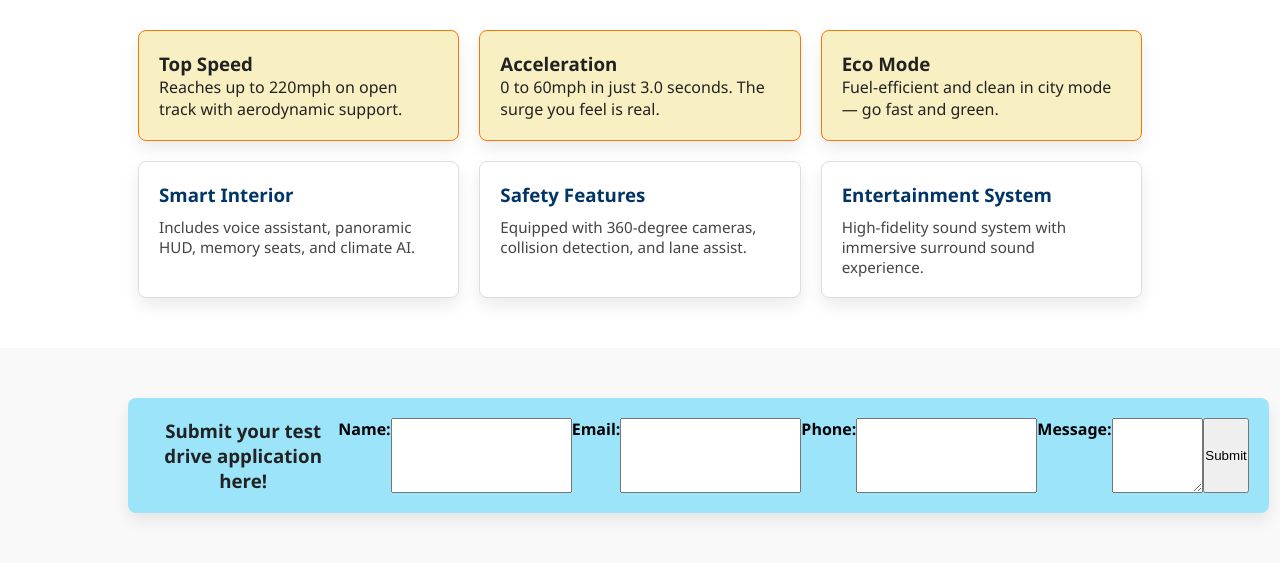
Repository: JiaheSu22/vrooom-responsive-main
Page: index.html
These files come from the project's save history. The page is drawn as it stood at one moment and after the next save; the edit follows.
The browser window is 1280 px wide. The pictures show the part of the page from y = 740 to 1353 px (the page is 1303 px tall before and 1353 px after).
A picture or video elsewhere on the page could not be fetched, so the positions and the page height are approximate.

Above is the page before, as saved 2025-04-11 14:36:35.

### index.html
<!DOCTYPE html>
<html lang="en">

<head>
  <meta charset="UTF-8">
  <title>Vrooom — Barracuda X10</title>
  <style>
    * {
      box-sizing: border-box;
      margin: 0;
      padding: 0;
    }

    body {
      font-family: 'Segoe UI', sans-serif;
      background-color: #f9f9f9;
      color: #222;
    }

    /* HERO SECTION */
    .hero {
      position: relative;
      height: 100vh;
      width: 100%;
      background-image: url('assets/mercedes-vision-avtr.webp');
      background-repeat: no-repeat;
      background-size: cover;
      background-position: center;
      overflow: hidden;
    }

    /* Optional dark overlay for unifying text+video contrast */
    .hero::before {
      content: "";
      position: absolute;
      inset: 0;
      background: linear-gradient(to right, rgba(0, 0, 0, 0.7), rgba(0, 0, 0, 0.1));
      z-index: 0;
    }

    /* Logo - slightly rotated, floating */
    .hero-logo {
      position: absolute;
      left: 2px;
      width: 30%;
      transform: rotate(-8deg);
      z-index: 0;
    }

    .hero-logo img {
      width: 100%;
    }

    /* Rotated text box */
    .hero-text {
      position: absolute;
      bottom: 3%;
      left: 5%;
      background: rgba(255, 255, 255, 0.1);
      padding: 30px;
      border-left: 6px solid #f6e3b4;
      border-radius: 10px;
      backdrop-filter: blur(1px);
      z-index: 0;

    }

    .hero-text h1 {
      font-size: 3em;
      color: #a0fcf7;
      margin-bottom: 10px;
    }

    .hero-text p {
      font-size: 1.2em;
      color: #fff;
    }

    /* Tilted video box */
    .hero-video {
      position: absolute;
      top: auto;
      bottom: 20px;
      right: 20px;
      box-shadow: 0 10px 20px rgba(0, 0, 0, 0.6);
      z-index: 0;
      border-radius: 5px;
      overflow: hidden;
      transition: transform 0.3s ease;
    }

    .hero-video:hover {
      transform: scale(1.3);
    }

    .hero-video video {
      width: 100%;
      display: block;
      border-radius: 2px;
    }

    /* CARD SECTION */
    .card-section {
      display: flex;
      flex-wrap: wrap;
      justify-content: center;
      gap: 20px;
      padding: 50px 10%;
      background-color: #ffffff;
    }

    .top-card {
      background: rgb(248, 240, 194);
      border: 1px solid #f97705;
      border-radius: 8px;
      box-shadow: 0 8px 16px rgba(0, 0, 0, 0.08);
      padding: 20px;
      width: calc(33.33% - 20px);
      transition: transform 0.3s ease;
    }

    .card {
      background: white;
      border: 1px solid #ddd;
      border-radius: 8px;
      box-shadow: 0 8px 16px rgba(0, 0, 0, 0.08);
      width: calc(33.33% - 20px);
      padding: 20px;
      transition: transform 0.3s ease;
    }

    .top-card:hover {
      transform: translateY(10px);
      box-shadow: 0 12px 24px rgba(101, 247, 205, 0.1);
    }

    .card:hover {
      transform: translateY(-5px);
      box-shadow: 0 12px 24px rgba(0, 0, 0, 0.1);
    }

    .card h3 {
      margin-bottom: 10px;
      color: #003566;
    }

    .card p {
      font-size: 0.95em;
      color: #444;
    }

    .form-section {
      display: flex;
      background: #f9f9f9;
      padding: 50px 10%;
      text-align: center;
    }

    .form-section form {
      display: flex;
      background: rgb(155, 228, 250);
      border-radius: 8px;
      box-shadow: 0 8px 16px rgba(0, 0, 0, 0.08);
      padding: 20px;
      margin: auto;
    }

    .form-section label {
      display: block;
      font-weight: bold;
      margin-bottom: 5px;
      color: #000000;
    }

    /* Responsive Adjustments */
    @media (max-width: 768px) {
      .hero-text {
        position: static;
        margin: 20px auto;
        background: rgba(0, 0, 0, 0.7);
        text-align: center;
      }

      .hero-video {
        position: static;
        width: 90%;
        margin: 20px auto;
      }

      .card-section {

        align-items: center;
        padding: 30px 5%;
      }
    }
  </style>
</head>

<body>

  <!-- HERO SECTION -->
  <section class="hero">

    <!-- Logo -->
    <div class="hero-logo">
      <img src="assets/logo-enh.png" alt="Vrooom Logo">
    </div>

    <!-- Text -->
    <div class="hero-text">
      <h1>Mercedes Vision AVTR</h1>
      <p>A marriage between art and science.</p>
    </div>

    <!-- Video -->
    <div class="hero-video">
      <video autoplay loop muted>
        <source src="assets/avtr-demo.mp4" type="video/mp4">
        Your browser does not support the video tag.
      </video>
    </div>

  </section>

  <!-- CARD SECTION -->
  <section class="card-section">
    <div class="top-card">
      <h3>Top Speed</h3>
      <p>Reaches up to 220mph on open track with aerodynamic support.</p>
    </div>
    <div class="top-card">
      <h3>Acceleration</h3>
      <p>0 to 60mph in just 3.0 seconds. The surge you feel is real.</p>
    </div>
    <div class="top-card">
      <h3>Eco Mode</h3>
      <p>Fuel-efficient and clean in city mode — go fast and green.</p>
    </div>
    <div class="card">
      <h3>Smart Interior</h3>
      <p>Includes voice assistant, panoramic HUD, memory seats, and climate AI.</p>
    </div>
    <div class="card">
      <h3>Safety Features</h3>
      <p>Equipped with 360-degree cameras, collision detection, and lane assist.</p>
    </div>
    <div class="card">
      <h3>Entertainment System</h3>
      <p>High-fidelity sound system with immersive surround sound experience.</p>
    </div>
  </section>

  <section class="form-section">
    <form action="">
      <h3>Submit your test drive application here!</h3>
      <label for="name">Name:</label>
      <input type="text" id="name" name="name" required>
      <label for="email">Email:</label>
      <input type="email" id="email" name="email" required>
      <label for="phone">Phone:</label>
      <input type="tel" id="phone" name="phone" required>
      <label for="message">Message:</label>
      <textarea id="message" name="message" rows="4" required></textarea>
      <button type="submit">Submit</button>
    </form>
  </section>
</body>

</html>

After the next save:
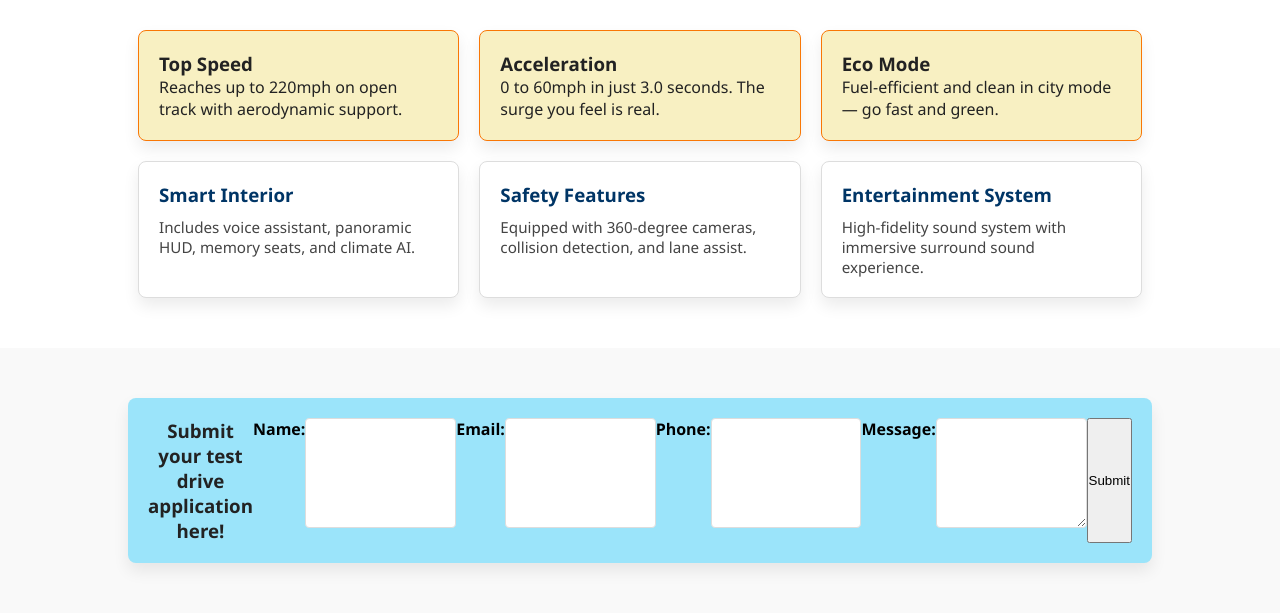
Saved 60 s later.
--- a/index.html
+++ b/index.html
@@ -170,6 +170,17 @@
       font-weight: bold;
       margin-bottom: 5px;
       color: #000000;
+    }
+
+    .form-section input,
+    textarea {
+      width: 100%;
+      padding: 10px;
+      margin-bottom: 15px;
+      border: 1px solid #ddd;
+      border-radius: 4px;
+      font-size: 1em;
+      box-sizing: border-box;
     }
 
     /* Responsive Adjustments */
